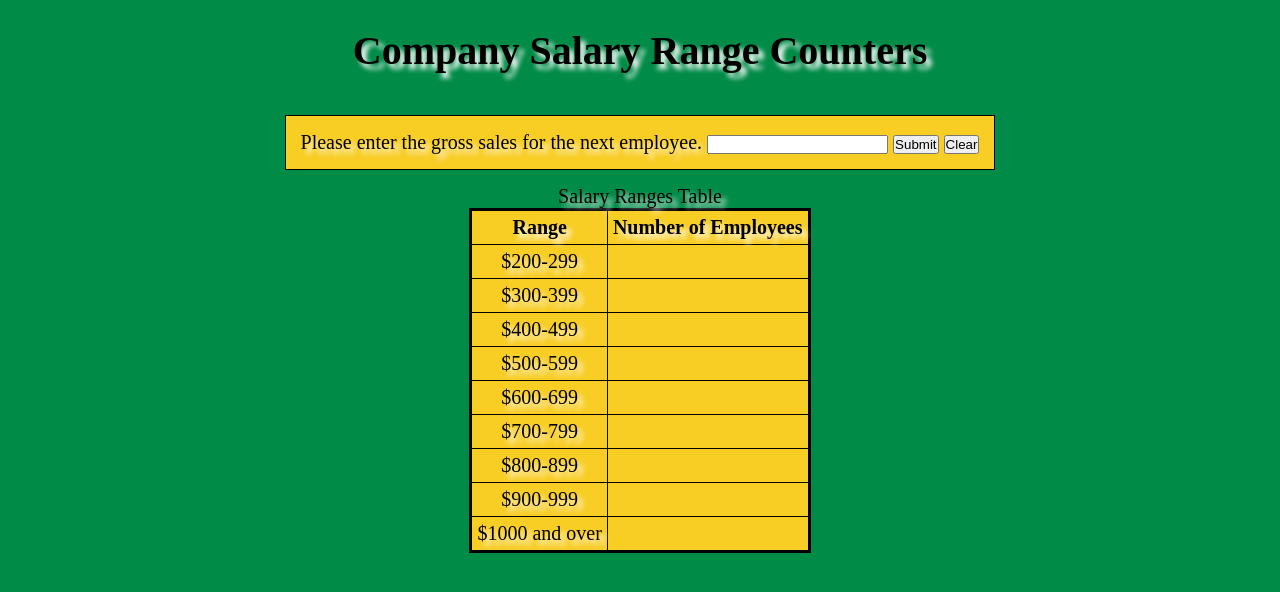
Repository: mlmEFSC21/P17-Sales-Commision
Page: sales.html
These files come from the project's save history. The page is drawn as it stood at one moment and after the next save; the edit follows.
The browser window is 1280 px wide. The pictures show the whole page.

Above is the page before, as saved 2022-04-02 08:32:46.

After the next save:
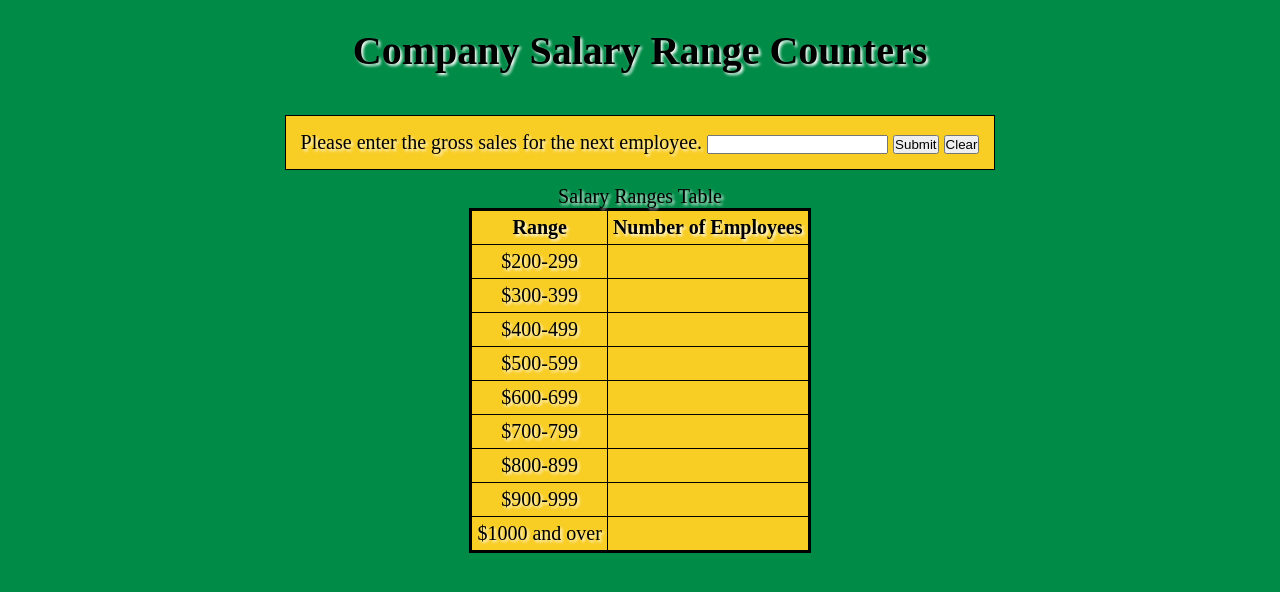
Saved 11 s later.
--- a/sales.css
+++ b/sales.css
@@ -13,7 +13,7 @@
 body {
     background-color: var(--clr-background);
     font-size: 20px;
-    text-shadow: 5px 5px 5px white;
+    text-shadow: 2px 2px 3px white;
 }
 .mainHeader {
     display: flex;
